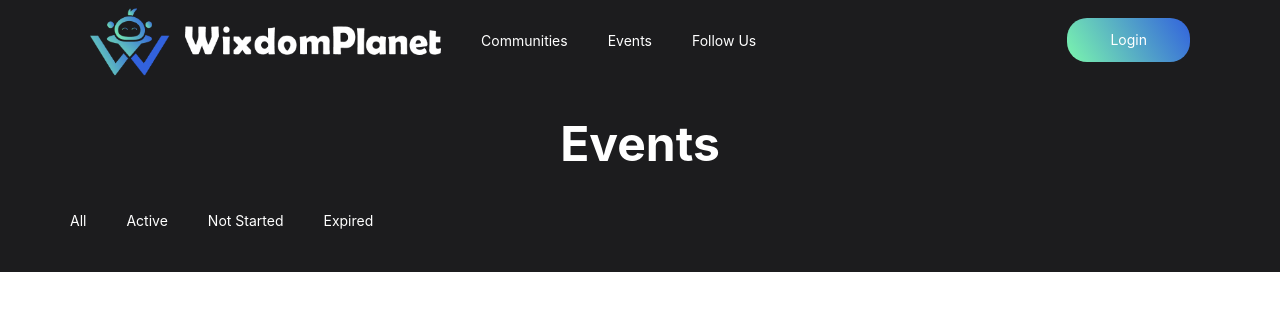
Repository: haudnn/WixdomPlanet-demo
Page: /
An editor plug-in stored every save of this project. The page is shown before and after the next save, followed by the edit.
The browser window is 1280 px wide. The pictures show the whole page.
The project was rebuilt for these pictures with package versions that can differ from the ones it lists, and the page was loaded fresh each time. Also part of the build but not shown: vite.config.js, src/App.css.

Above is the page before, as saved 2023-02-03 09:59:04.

After the next save:
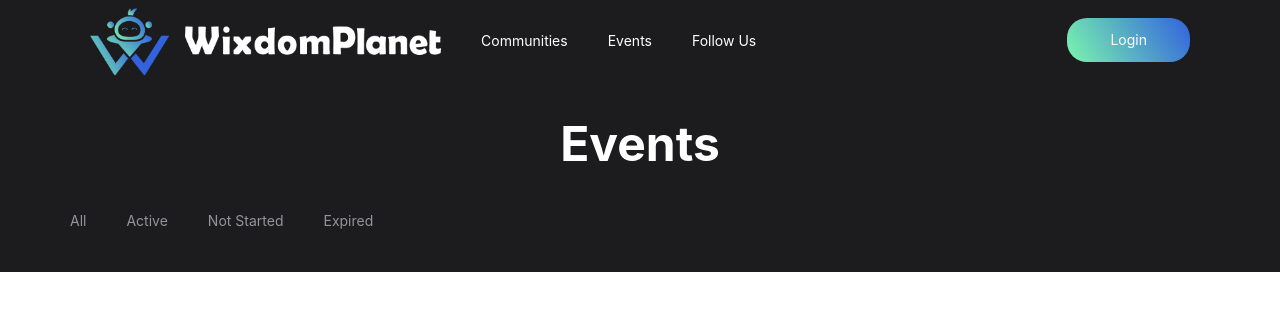
Saved 26 s later.
--- a/src/features/Home.jsx
+++ b/src/features/Home.jsx
@@ -9,16 +9,16 @@
         <div className='mt-10 flex items-center justify-between'>
             <ul className='flex items-center gap-x-10'>
                 <li>
-                    <span className='text-sm text-white'>All</span>
+                    <span className='text-sm text-[#949499]'>All</span>
                 </li>
                 <li>
-                    <span className='text-sm text-white'>Active</span>
+                    <span className='text-sm text-[#949499]'>Active</span>
                 </li>
                 <li>
-                    <span className='text-sm text-white'>Not Started</span>
+                    <span className='text-sm text-[#949499]'>Not Started</span>
                 </li>
                 <li>
-                    <span className='text-sm text-white'>Expired</span>
+                    <span className='text-sm text-[#949499]'>Expired</span>
                 </li>
             </ul>
         </div>
